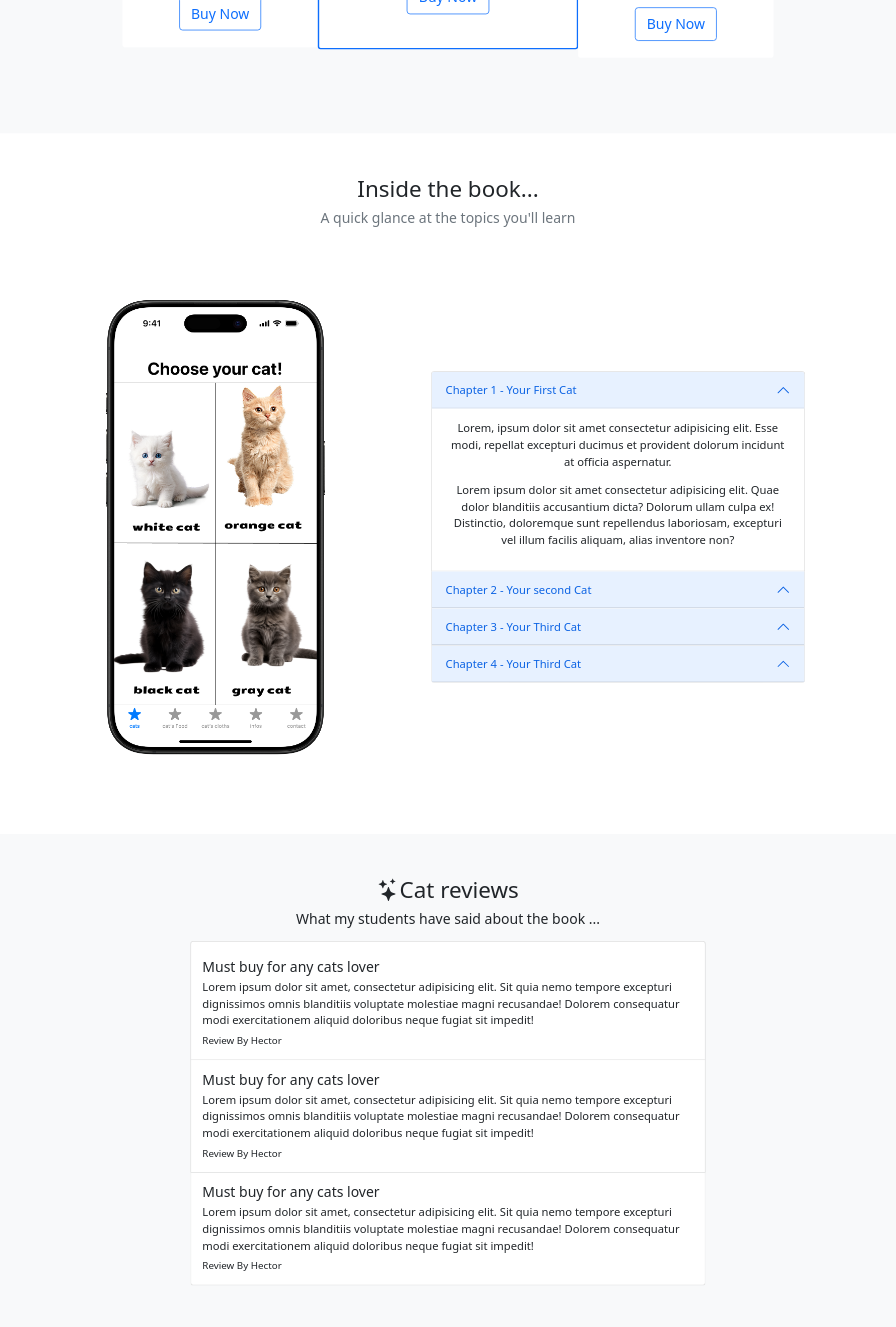
Repository: rihebtlh/catty-storefront
Page: index.html
An editor plug-in stored every save of this project. The page is shown before and after a run of saves, followed by the edit.
The browser window is 1280 px wide. The pictures show the part of the page from y = 1269 to 3189 px (the page is 3165 px tall before and 3189 px after), at 70% of full size.

Above is the page before, as saved 2025-06-18 16:42:48.

### index.html
<!DOCTYPE html>
<html lang="en">
<head>
  <meta charset="UTF-8" />
  <meta name="viewport" content="width=device-width, initial-scale=1.0" />
  <link
    href="https://cdn.jsdelivr.net/npm/bootstrap@5.0.2/dist/css/bootstrap.min.css"
    rel="stylesheet"
    integrity="sha384-EVSTQN3/azprG1Anm3QDgpJLIm9Nao0Yz1ztcQTwFspd3yD65VohhpuuCOmLASjC"
    crossorigin="anonymous"
  />
  <link rel="stylesheet" href="https://cdn.jsdelivr.net/npm/bootstrap-icons@1.13.1/font/bootstrap-icons.min.css">
  <title>Catty</title>
  <style>
    section {
      padding: 60px 0;
    }
  </style>
</head>
<body>
  <!-- Navbar -->
    <nav class="navbar navbar-expand-md navbar-light bg-light">
        <div class="container-xxl">
            <a href="#intro" class="navbar-brand">
                <span class="fw-bold text-secondary">Catty - find your cat</span>
            </a>
      <!-- Toggle button -->
            <button
                class="navbar-toggler"
                type="button"
                data-bs-toggle="collapse"
                data-bs-target="#main-nav"
                aria-controls="main-nav"
                aria-expanded="false"
                aria-label="Toggle navigation">
                <span class="navbar-toggler-icon"></span>
            </button>
      <!-- Navbar links -->
            <div class="collapse navbar-collapse justify-content-end align-center" id="main-nav">
                <ul class="navbar-nav">
                <li class="nav-item">
                    <a class="nav-link" href="#topics">About</a>
                </li>
                <li class="nav-item">
                    <a class="nav-link" href="#reviews">Reviews</a>
                </li>
                <li class="nav-item">
                    <a class="nav-link" href="#contact">Get in Touch</a>
                </li>
                <li class="nav-item d-md-none">
                    <a class="nav-link" href="#pricing">Pricing</a>
                </li>
                <li class="nav-item ms-2 d-none d-md-inline">
                    <a class="btn btn-secondary" href="#pricing">Get it Now</a>
                </li>
                </ul>
            </div>
        </div>
    </nav>

  <!-- Main image & intro text -->
  <section id="intro">
    <div class="container-lg">
      <div class="row justify-content-center align-items-center">
        <div class="col-md-5 text-center text-md-start">
          <h1>
            <div class="display-2">Catty</div>
            <div class="display-5 text-muted">Where every kitty feels at home</div>
          </h1>
          <p class="lead my-4 text-muted">
            Lorem ipsum dolor sit amet consectetur adipisicing elit.
          </p>
          <a href="#pricing" class="btn btn-secondary btn-lg">Get your cat Now!</a>
        </div>
        <div class="col-md-5 text-center d-none d-md-block">
          <img class="img-fluid" src="/assets/catLogo.webp" alt="cat" />
        </div>
      </div>
    </div>
  </section>

    <!-- pricing plans -->
    <!-- pricing plans -->
  <section id="pricing" class="bg-light mt-5">
    <div class="container-lg">
      <div class="text-center">
        <h2>Pricing Plans</h2>
        <p class="lead text-muted">Choose a pricing plan to suit you.</p>
      </div>

      <div class="row my-5 g-0 align-items-center justify-content-center"> <!--g-0 is for the gap so this one there's no gap-->
        <div class="col-8 col-lg-4 col-xl-3">
          <div class="card border-0">
            <div class="card-body text-center py-4">
              <h4 class="card-title">Starter Edition</h4>
              <p class="lead card-subtitle">eBook download only</p>
              <p class="display-5 my-4 text-primary fw-bold">$12.99</p>
              <p class="card-text mx-5 text-muted d-none d-lg-block">Lorem ipsum dolor sit amet consectetur adipisicing elit. Mollitia, vitae magni! Repellat commodi a fuga corporis saepe dolorum.</p>
              <a href="#" class="btn btn-outline-primary btn-lg mt-3">
                Buy Now
              </a>
            </div>
          </div>
        </div>

        <div class="col-9 col-lg-4">
          <div class="card border-primary border-2">
            <div class="card-header text-center text-primary">Most Popular</div>
            <div class="card-body text-center py-5">
              <h4 class="card-title">Complete Edition</h4>
              <p class="lead card-subtitle">eBook download & all updates</p>
              <p class="display-4 my-4 text-primary fw-bold">$18.99</p>
              <p class="card-text mx-5 text-muted d-none d-lg-block">Lorem ipsum dolor sit amet consectetur adipisicing elit. Mollitia, vitae magni! Repellat commodi a fuga corporis saepe dolorum.</p>
              <a href="#" class="btn btn-outline-primary btn-lg mt-3">
                Buy Now
              </a>
            </div>
          </div>
        </div>

        <div class="col-8 col-lg-4 col-xl-3">
          <div class="card border-0">
            <div class="card-body text-center py-4">
              <h4 class="card-title">Ultimate Edition</h4>
              <p class="lead card-subtitle">download, updates & extras</p>
              <p class="display-5 my-4 text-primary fw-bold">$24.99</p>
              <p class="card-text mx-5 text-muted d-none d-lg-block">Lorem ipsum dolor sit amet consectetur adipisicing elit. Mollitia, vitae magni! Repellat commodi a fuga corporis saepe dolorum.</p>
              <a href="#" class="btn btn-outline-primary btn-lg mt-3">
                Buy Now
              </a>
            </div>
          </div>
        </div>
      </div>
    </div><!-- end container -->
  </section>

    <!-- topics at a glance -->
     <section class="topics">
      <div class="container-md"> <!--100% width until meduim screens qt thispoint it will get everything at the middle-->
        <div class="text-center">
          <h2>Inside the book...</h2>
          <p class="lead text-muted">
            A quick glance at the topics you'll learn
          </p>
          <div class="row my-5 g-5 justify-content-around align-items-center">
            <div class="col-6 col-lg-4">
              <img src="/assets/phone.png" class="img-fluid" alt="ebook">
            </div>
            <div class="col-lg-6">
            <!-- accordion 1-->
            <div class="accordion" id="chapters">
              <div class="accordion-item">
                <h2 class="accordion-header" id="heading-1">
                  <button class="accordion-button" type="button" data-bs-toggle="collapse" data-bs-target="#chapter-1" aria-expanded="true" aria-controls="chapter-1">
                    Chapter 1 - Your First Cat
                  </button>
                </h2>
                <div id="chapter-1" class="accordion-collapse collapse show" aria-labelledby="heading-1" data-bs-parent="#chapters">
                  <div class="accordion-body">
                    <p>Lorem, ipsum dolor sit amet consectetur adipisicing elit. Esse modi, repellat excepturi ducimus et provident dolorum incidunt at officia aspernatur.</p>
                    <p>Lorem ipsum dolor sit amet consectetur adipisicing elit. Quae dolor blanditiis accusantium dicta? Dolorum ullam culpa ex! Distinctio, doloremque sunt repellendus laboriosam, excepturi vel illum facilis aliquam, alias inventore non?</p>

                  </div>
                </div>
              </div>
              <!-- accordion 2-->
              <div class="accordion-item">
                <h2 class="accordion-header" id="heading-2">
                  <button class="accordion-button" type="button" data-bs-toggle="collapse" data-bs-target="#chapter-2" aria-expanded="true" aria-controls="chapter-2">
                    Chapter 2 - Your second Cat
                  </button>
                </h2>
                <div id="chapter-2" class="accordion-collapse collapse" aria-labelledby="heading-2" data-bs-parent="#chapters">
                  <div class="accordion-body">
                    <p>Lorem, ipsum dolor sit amet consectetur adipisicing elit. Esse modi, repellat excepturi ducimus et provident dolorum incidunt at officia aspernatur.</p>
                    <p>Lorem ipsum dolor sit amet consectetur adipisicing elit. Quae dolor blanditiis accusantium dicta? Dolorum ullam culpa ex! Distinctio, doloremque sunt repellendus laboriosam, excepturi vel illum facilis aliquam, alias inventore non?</p>
                  </div>
                </div>
              </div>

              <!-- accordion 3-->
              <div class="accordion-item">
                <h2 class="accordion-header" id="heading-3">
                  <button class="accordion-button" type="button" data-bs-toggle="collapse" data-bs-target="#chapter-3" aria-expanded="true" aria-controls="chapter-3">
                    Chapter 3 - Your Third Cat
                  </button>
                </h2>
                <div id="chapter-3" class="accordion-collapse collapse" aria-labelledby="heading-3" data-bs-parent="#chapters">
                  <div class="accordion-body">
                    <p>Lorem, ipsum dolor sit amet consectetur adipisicing elit. Esse modi, repellat excepturi ducimus et provident dolorum incidunt at officia aspernatur.</p>
                    <p>Lorem ipsum dolor sit amet consectetur adipisicing elit. Quae dolor blanditiis accusantium dicta? Dolorum ullam culpa ex! Distinctio, doloremque sunt repellendus laboriosam, excepturi vel illum facilis aliquam, alias inventore non?</p>
                  </div>
                </div>
              </div>

              <!-- accordion 4-->
              <div class="accordion-item">
                <h2 class="accordion-header" id="heading-4">
                  <button class="accordion-button" type="button" data-bs-toggle="collapse" data-bs-target="#chapter-4" aria-expanded="true" aria-controls="chapter-4">
                    Chapter 4 - Your Third Cat
                  </button>
                </h2>
                <div id="chapter-4" class="accordion-collapse collapse" aria-labelledby="heading-4" data-bs-parent="#chapters">
                  <div class="accordion-body">
                    <p>Lorem, ipsum dolor sit amet consectetur adipisicing elit. Esse modi, repellat excepturi ducimus et provident dolorum incidunt at officia aspernatur.</p>
                    <p>Lorem ipsum dolor sit amet consectetur adipisicing elit. Quae dolor blanditiis accusantium dicta? Dolorum ullam culpa ex! Distinctio, doloremque sunt repellendus laboriosam, excepturi vel illum facilis aliquam, alias inventore non?</p>
                  </div>
                </div>
              </div>
              </div>

            </div>

          </div><!--around: spred around any free space (all the gaps are equal)-->
        </div>
      </div>
     </section>



    <!-- reviews list -->
    <section class="bg-light" id="reviews">
      <div class="container-lg">
        <div class="text-center">
          <h2><i class="bi bi-stars"></i>Cat reviews</h2>
          <p class="lead">What my students have said about the book ...</p>
        </div>
        <div class="row justify-content-center">
          <div class="col-lg-8">
            <div class="list-group">
              <div class="list-group-item py-3">
                <div class="pb-2"></div>
                <h5 class="mb-1">Must buy for any cats lover</h5>
                <p class="mb-1">Lorem ipsum dolor sit amet, consectetur adipisicing elit. Sit quia nemo tempore excepturi dignissimos omnis blanditiis voluptate molestiae magni recusandae! Dolorem consequatur modi exercitationem aliquid doloribus neque fugiat sit impedit!</p>
                <small>Review By Hector</small>
              </div>
              <div class="list-group-item py-3">
                <h5 class="mb-1">Must buy for any cats lover</h5>
                <p class="mb-1">Lorem ipsum dolor sit amet, consectetur adipisicing elit. Sit quia nemo tempore excepturi dignissimos omnis blanditiis voluptate molestiae magni recusandae! Dolorem consequatur modi exercitationem aliquid doloribus neque fugiat sit impedit!</p>
                <small>Review By Hector</small>
              </div>
              <div class="list-group-item py-3">
                <h5 class="mb-1">Must buy for any cats lover</h5>
                <p class="mb-1">Lorem ipsum dolor sit amet, consectetur adipisicing elit. Sit quia nemo tempore excepturi dignissimos omnis blanditiis voluptate molestiae magni recusandae! Dolorem consequatur modi exercitationem aliquid doloribus neque fugiat sit impedit!</p>
                <small>Review By Hector</small>
              </div>
            </div>
          </div>
        </div>
      </div>
    </section>
    <!-- contact form -->


    <!-- get updates / modal trigger -->

  <!-- Bootstrap JS -->
  <script
    src="https://cdn.jsdelivr.net/npm/bootstrap@5.0.2/dist/js/bootstrap.bundle.min.js"
    integrity="sha384-MrcW6ZMFYlzcLA8Nl+NtUVF0sA7MsXsP1UyJoMp4YLEuNSfAP+JcXn/tWtIaxVXM"
    crossorigin="anonymous"
  ></script>
</body>
</html>

After the next 2 saves:
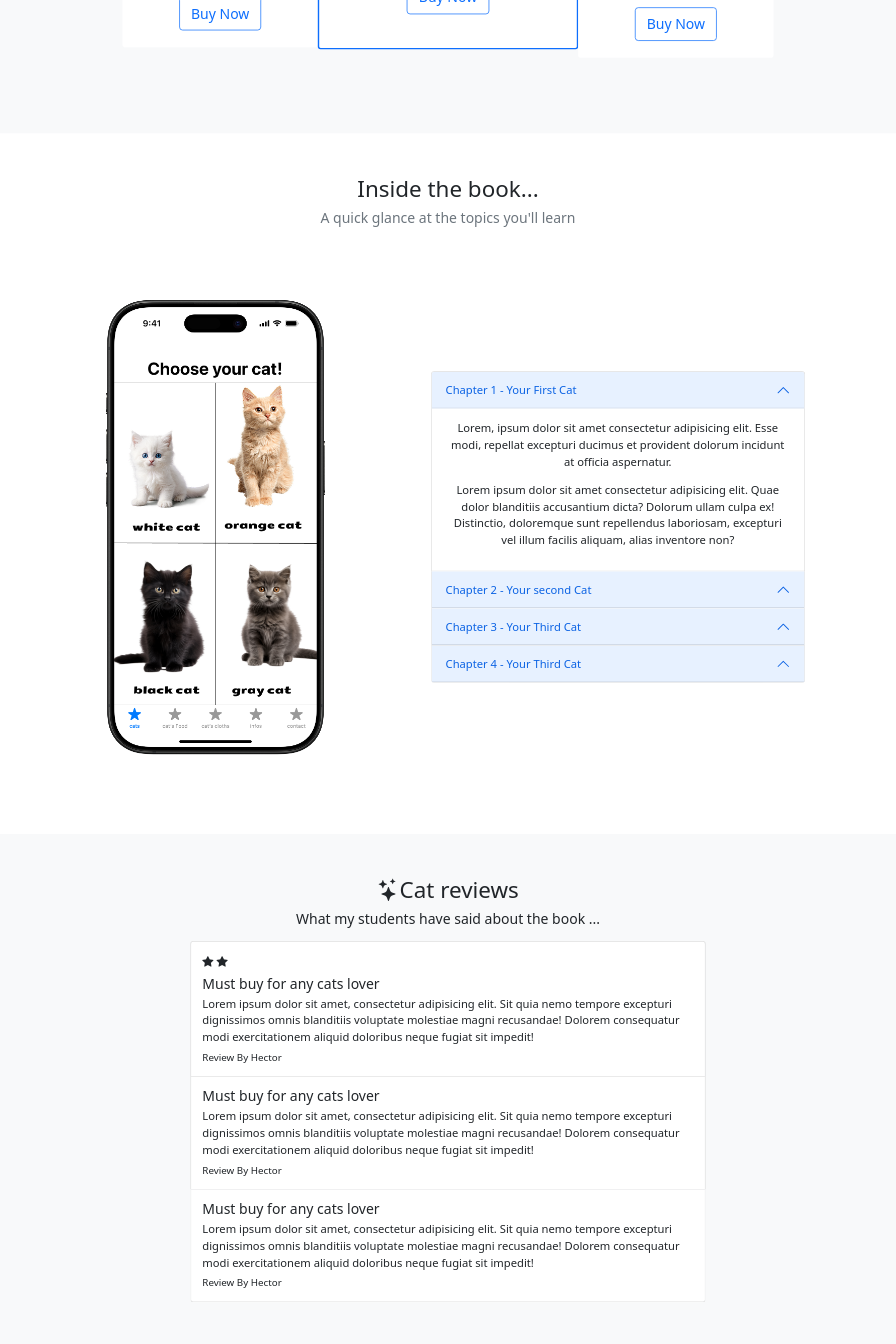
The 2 saves are shown as one change because they came seconds apart.
The last was saved 37 s later.
--- a/index.html
+++ b/index.html
@@ -230,7 +230,11 @@
           <div class="col-lg-8">
             <div class="list-group">
               <div class="list-group-item py-3">
-                <div class="pb-2"></div>
+                <div class="pb-2">
+                  <i class="bi bi-star-fill"></i>
+                  <i class="bi bi-star-fill"></i>
+
+                </div>
                 <h5 class="mb-1">Must buy for any cats lover</h5>
                 <p class="mb-1">Lorem ipsum dolor sit amet, consectetur adipisicing elit. Sit quia nemo tempore excepturi dignissimos omnis blanditiis voluptate molestiae magni recusandae! Dolorem consequatur modi exercitationem aliquid doloribus neque fugiat sit impedit!</p>
                 <small>Review By Hector</small>
